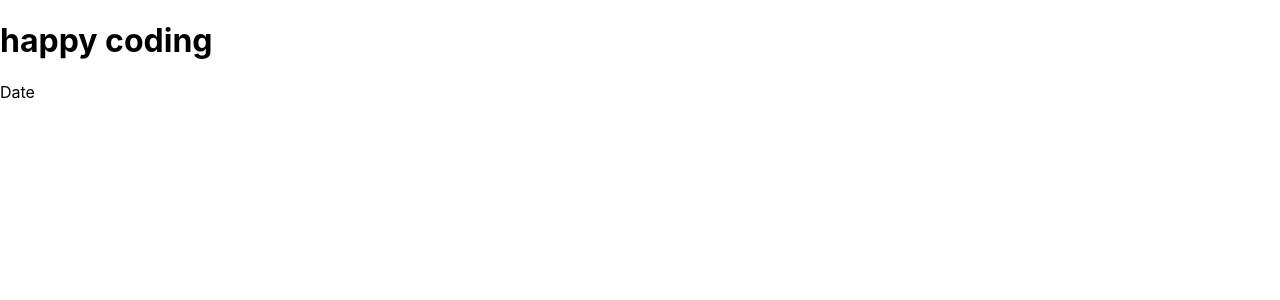
Repository: Samkiroko/expense-tracker-react
Page: /
An editor plug-in stored every save of this project. The page is shown before and after the next save, followed by the edit.
The browser window is 1280 px wide. The pictures show the whole page.
The project was rebuilt for these pictures with package versions that can differ from the ones it lists, and the page was loaded fresh each time.

Above is the page before, as saved 2021-06-08 10:23:17.

After the next save:
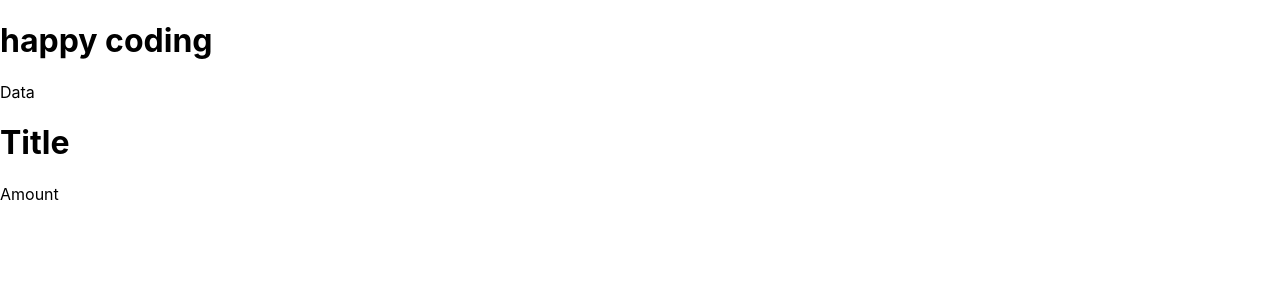
Saved 2 min 30 s later.
--- a/src/components/ExpenseItem.js
+++ b/src/components/ExpenseItem.js
@@ -1,7 +1,13 @@
 import React from 'react'
 
 function ExpenseItem() {
-  return <div>Date</div>
+  return (
+    <div>
+      <div>Data</div>
+      <h1>Title</h1>
+      <div>Amount</div>
+    </div>
+  )
 }
 
 export default ExpenseItem
